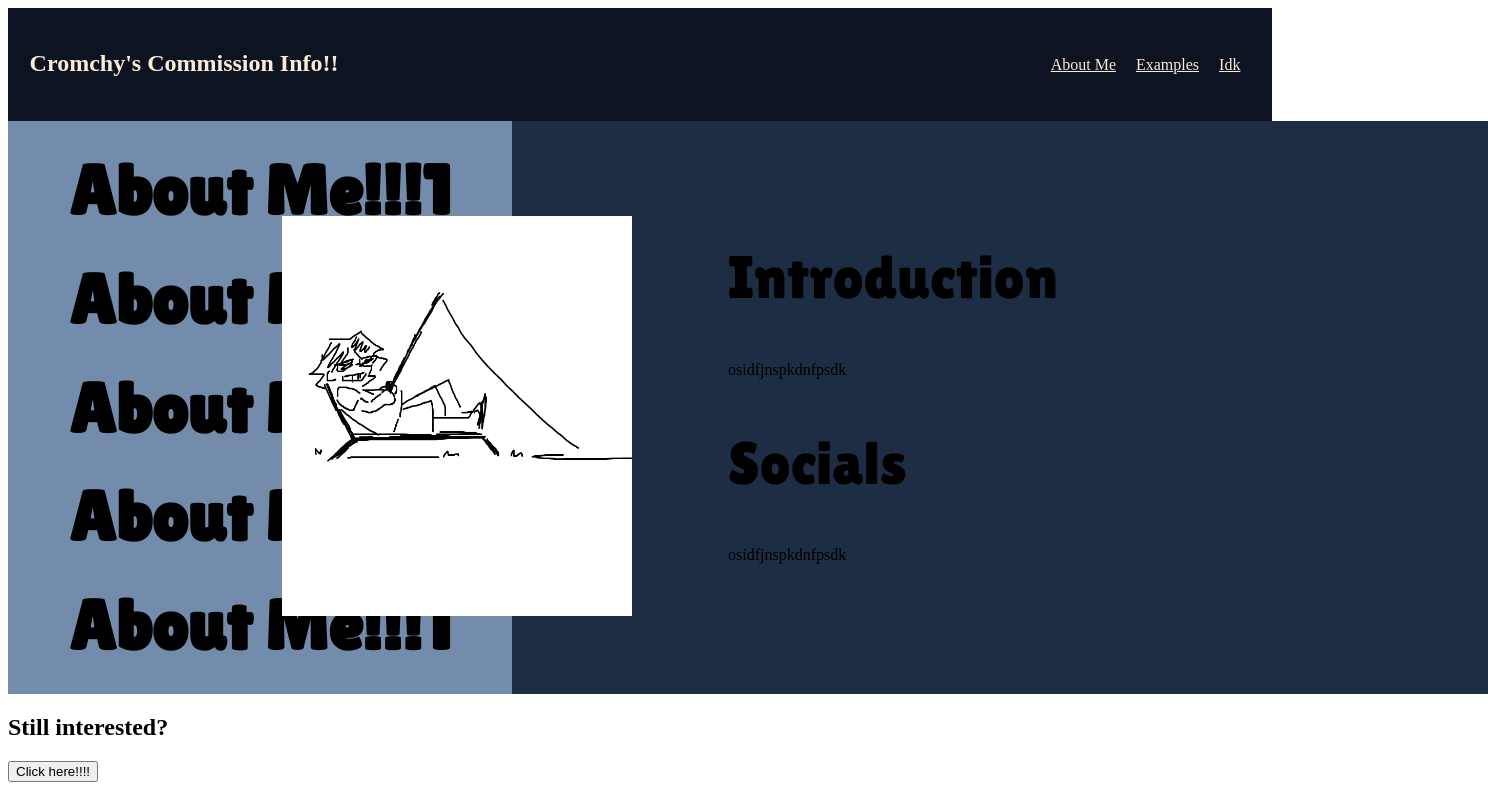
Repository: crackaLack1n/Cromchys_Commission_Site
Page: /
The author's editor kept a copy of each file at every save. The page is drawn from the files as they stood at one save, then again after the next save.
The browser window is 1280 px wide. The page is 1488 px wide, so the pictures cover 1488 px, including what lies to the right of the window. The pictures show the whole page.
The project was rebuilt for these pictures with package versions that can differ from the ones it lists, and the page was loaded fresh each time. The framework's server and built-in components were replaced by stand-ins that run in the browser. Also part of the build but not shown: next.config.mjs.

Above is the page before, as saved 2024-06-11 15:12:22.

### pages/_app.js
import "@/styles/globals.css";
import { Lilita_One } from "next/font/google";


const lilita_One = Lilita_One({ weight: '400', subsets: ["latin"] });

export default function App({ Component, pageProps }) {
  return <Component {...pageProps} />;
}

### pages/index.js
import Head from "next/head";
import Header from "@/Components/Header";
import Image from "next/image";
import styles from "@/styles/Home.module.css";
import Footer from "@/Components/Footer";
import { Lilita_One } from "next/font/google";


const lilita_One = Lilita_One({ weight: '400', subsets: ["latin"] });



export default function Home() {
  return (
    <>
      <Head>
        <title>Cromchy's Commission</title>
        <meta name="description" content="Generated by create next app" />
        <meta name="viewport" content="width=device-width, initial-scale=1" />
        <link rel="icon" href="/favicon.ico" />
      </Head>

      <Header />

      <main className={`${styles.main}`}>
      <div >
          <Image src={'/images/banner2.png'} height={400} width={350} className={styles.image}></Image>
        </div>
        <div className={styles.mainContainer}>
          <div className={styles.containerLeft}>
            <div className={`${styles.contentLeft} ${lilita_One.className}`}>
              <p>About Me!!!1</p>
              <p>About Me!!!1</p>
              <p>About Me!!!1</p>
              <p>About Me!!!1</p>
              <p>About Me!!!1</p>
            </div>
          </div>
          <div className={styles.containerRight}>
            <div className={styles.contentRight}>
              <h2 className={`${styles.heading} ${lilita_One.className}`}>Introduction</h2>
              <p>osidfjnspkdnfpsdk</p>
              <h2  className={`${styles.heading} ${lilita_One.className}`}>Socials</h2>
              <p>osidfjnspkdnfpsdk</p>
            </div>
          </div>
        </div>
      </main>
      <Footer />
    </>
  );
}

### Components/Header/index.js
import Link from "next/link"
import style from './header.module.css';
export default function Header() {
  return (
    <>
      <div className={style.main}>
        <h2>Cromchy's Commission Info!!</h2>
        <nav className={style.nav}>
          <ul className={style.buttons}>
            <li><Link href={`/`}>About Me</Link></li>
            <li><Link href={`/Examples`}>Examples</Link></li>
            <li><Link href={`/Idk`}>Idk</Link></li>
          </ul>
        </nav>
      </div>
    </>
  )
}

### styles/Home.module.css
.main {
  display: flex;
  min-height: 20vh;
  background-color: #748CAB;
}

.mainContainer {
  position: relative;
 display: grid;
 grid-template-columns:  1fr 3fr;
 height: auto;

}

.containerLeft {
  display: flex;
  width: 70vh;
  justify-content: center;
}

.contentLeft p {
  font-size: 70px;
  font-weight: 600;
  margin: 4vh;
}
.containerRight {
  display: flex;
  padding-left: 30vh;
  padding-top: 10vh;
  background-color: #1D2D44;
  width: 100%;
}

.heading {
  font-size: 60px;
}
.image {
  z-index: 1;
  top: 30%;
  left: 22%;
  position: absolute;
}
/* Mobile */
@media (max-width: 700px) {

}

/* Tablet and Smaller Desktop */
@media (min-width: 701px) and (max-width: 1120px) {

}

### Components/Footer/index.js
export default function Footer() {
  return(
    <>
    <footer>
      <h2>Still interested?</h2>
      <button>Click here!!!!</button>
    </footer>
    </>
  )
}

### Components/Header/header.module.css
.main {
  display: flex;
  justify-content: space-between;
  padding: 3vh;
  background-color: #0D1321;
  color: antiquewhite;
}


.nav {
justify-content: end;

}

.buttons {
  display: flex;

}

.buttons li {
  padding: 10px;
  list-style-type: none;
  color: antiquewhite;
}

.buttons a {
  color: antiquewhite;
}

Loaded but not shown: pages/_document.js (common file); styles/globals.css (common file)

After the next save:
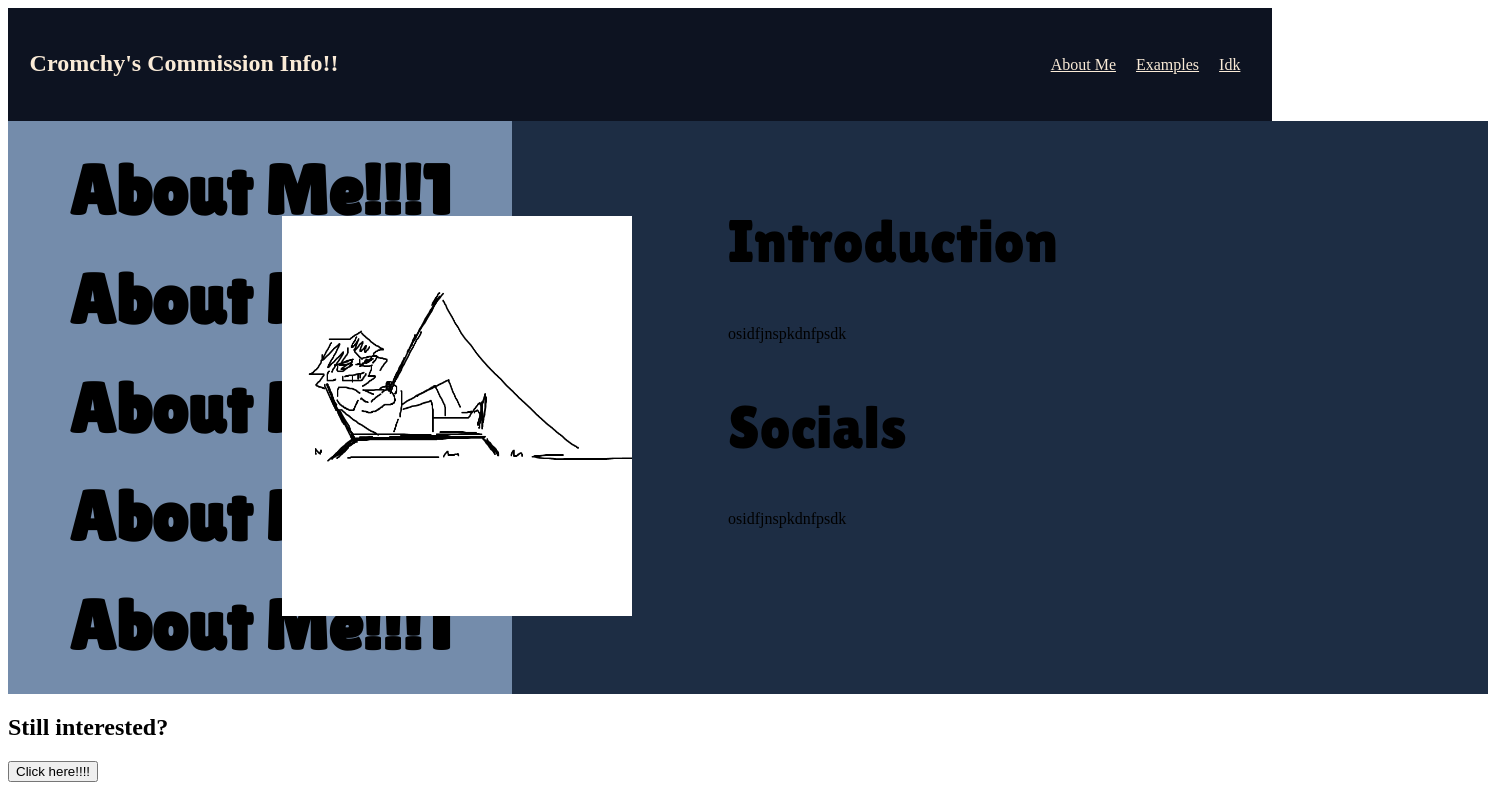
Saved 4 s later.
--- a/styles/Home.module.css
+++ b/styles/Home.module.css
@@ -26,7 +26,7 @@
 .containerRight {
   display: flex;
   padding-left: 30vh;
-  padding-top: 10vh;
+  padding-top: 5vh;
   background-color: #1D2D44;
   width: 100%;
 }
